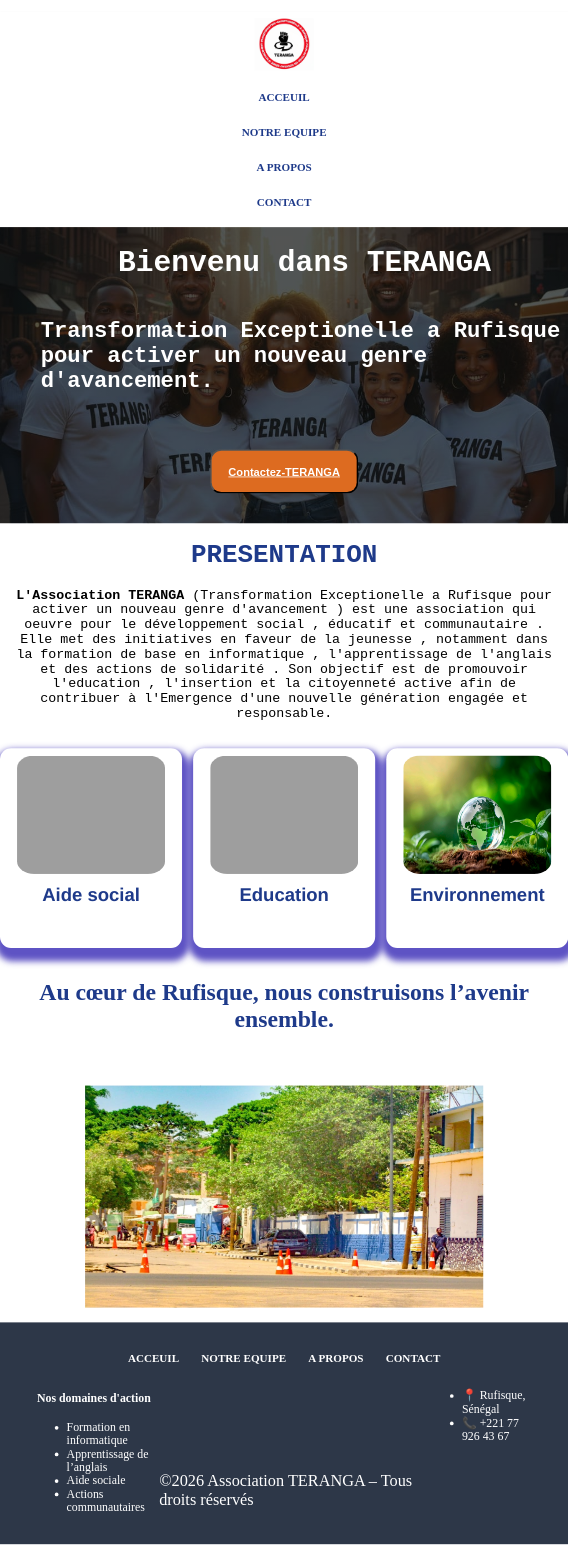
Repository: assanendao171/projet-teranga
Page: acceuil.html
These files come from the project's save history. The page is drawn as it stood at one moment and after the next save; the edit follows.
The browser window is 768 px wide. The pictures show the whole page, at 74% of full size.
Pictures or frames that could not be fetched are drawn as grey boxes.

Above is the page before, as saved 2026-02-13 13:03:22.

After the next save:
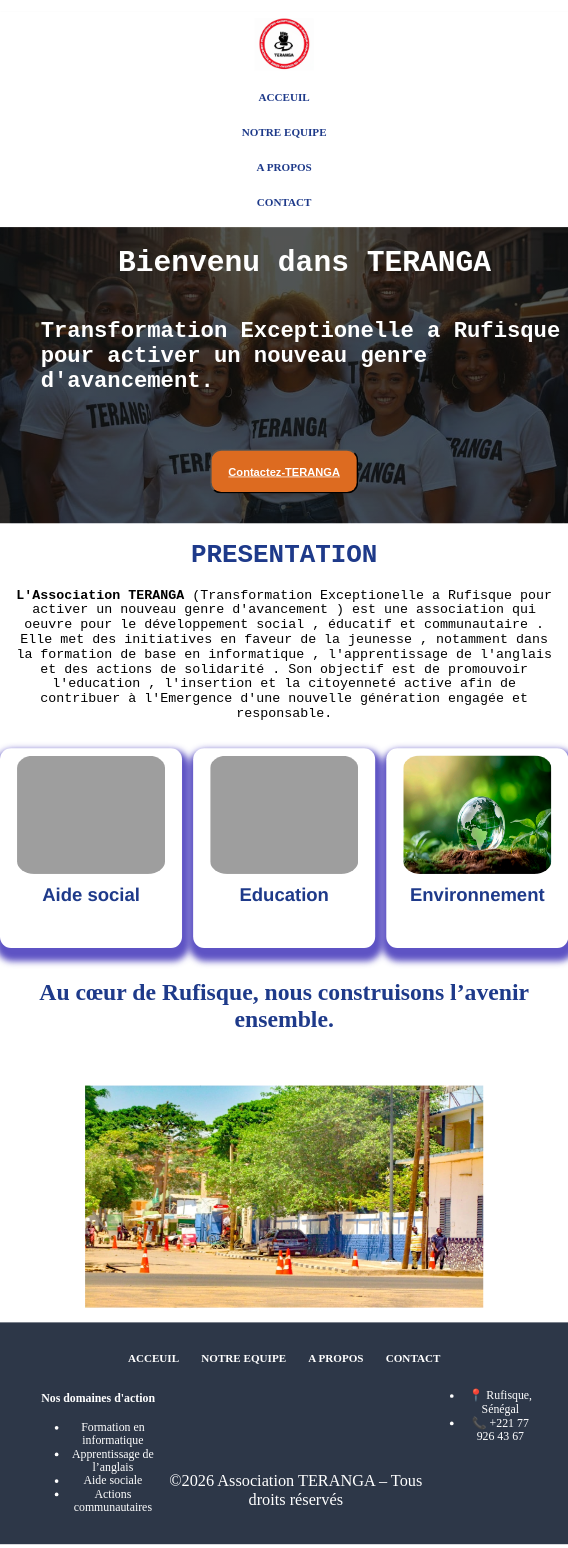
Saved 5 s later.
--- a/acceuil.css
+++ b/acceuil.css
@@ -272,7 +272,7 @@
   align-items: center;
 }
 .btn-footer,.liste-footer,.copyright,.contact{
-   text-align:  ;
+   text-align:center;
 }
 .bloc-footer{
     display: flex;

After the save that followed:
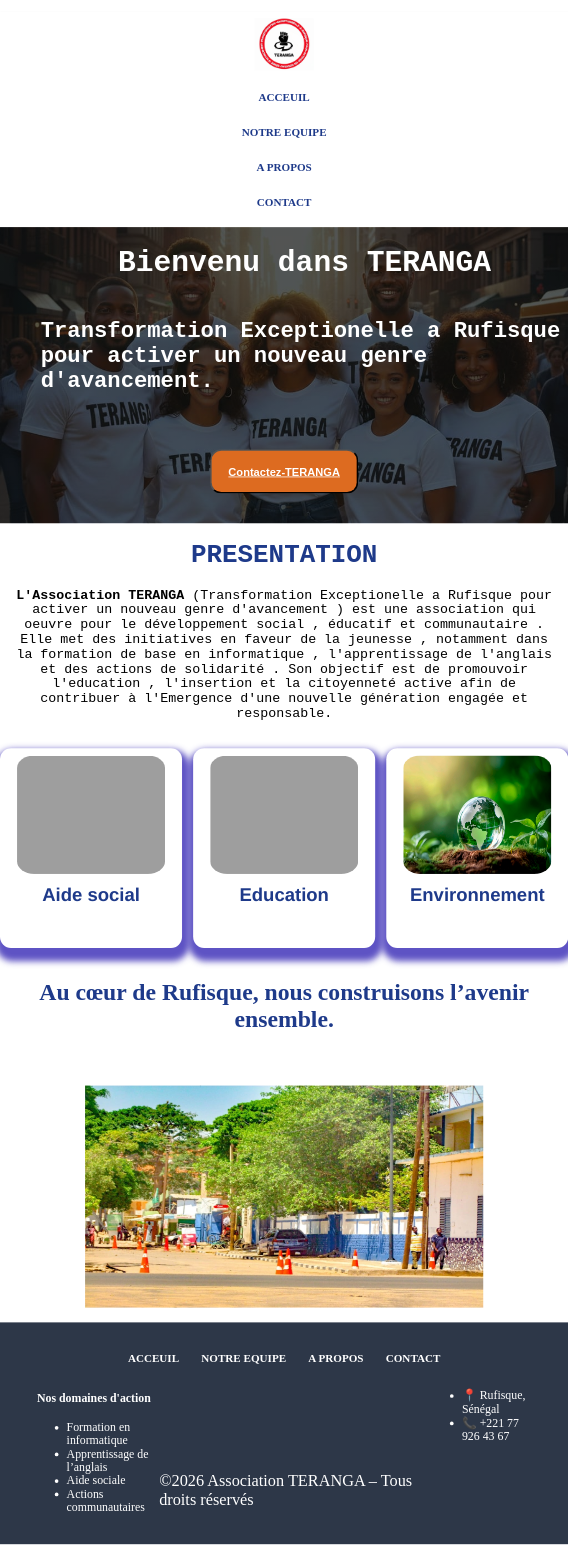
Saved 28 s later.
--- a/acceuil.css
+++ b/acceuil.css
@@ -271,7 +271,7 @@
   justify-content: center;
   align-items: center;
 }
-.btn-footer,.liste-footer,.copyright,.contact{
+.btn-footer{
    text-align:center;
 }
 .bloc-footer{
